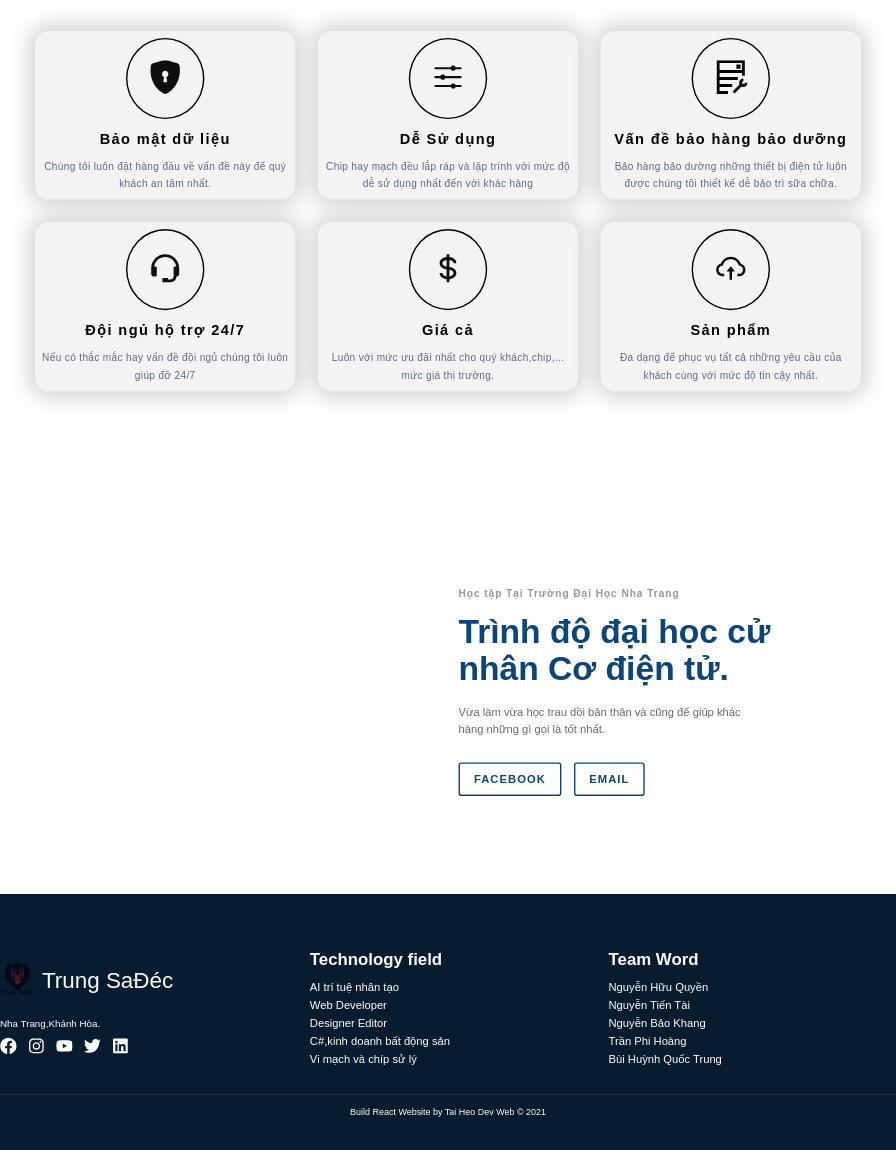
Repository: fdhhhdjd/Profile-Gift-B_H_Q_Trung
Page: /
The author's editor kept a copy of each file at every save. The page is drawn from the files as they stood at one save, then again after the next save.
The browser window is 1280 px wide. The pictures show the part of the page from y = 953 to 2873 px (the page is 2596 px tall before and 2873 px after), at 70% of full size.
The project was rebuilt for these pictures with package versions that can differ from the ones it lists, and the page was loaded fresh each time. Also part of the build but not shown: src/Styles/PricingStyles.js, src/Data/PricingData.js, src/Pages/PricingPage.js. Imported but missing from the stored project, and not drawn on this page: src/Pages/SignUpPage.

Above is the page before, as saved 2021-10-29 10:26:09.

After the next save:
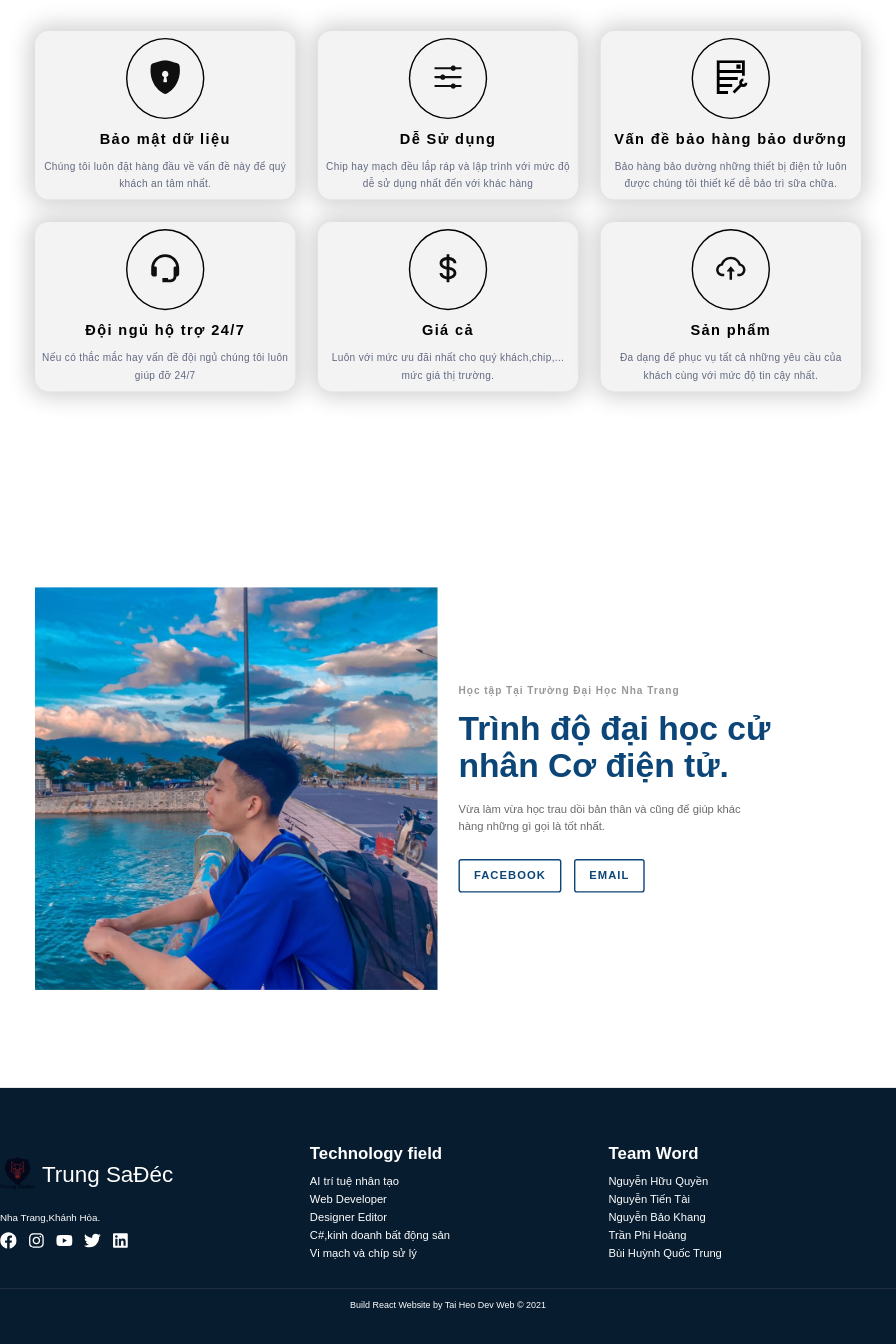
Saved 72 s later.
--- a/src/Components/Content.js
+++ b/src/Components/Content.js
@@ -14,6 +14,7 @@ import {
   ContentButtonEmail,
 } from "../Styles/ContentStyles";
 import lottie from "lottie-web";
+import trung from "./assets/trung.jpg";
 export const Content = ({
   primary,
   topLine,
@@ -63,10 +64,7 @@ export const Content = ({
           </ContentColumn>
           <ContentColumn>
             <ImgWrapper>
-              <Img
-                // src={img}
-                ref={arrow}
-              />
+              <Img src={trung} alt="profile" ref={arrow} />
             </ImgWrapper>
           </ContentColumn>
         </ContentRow>
